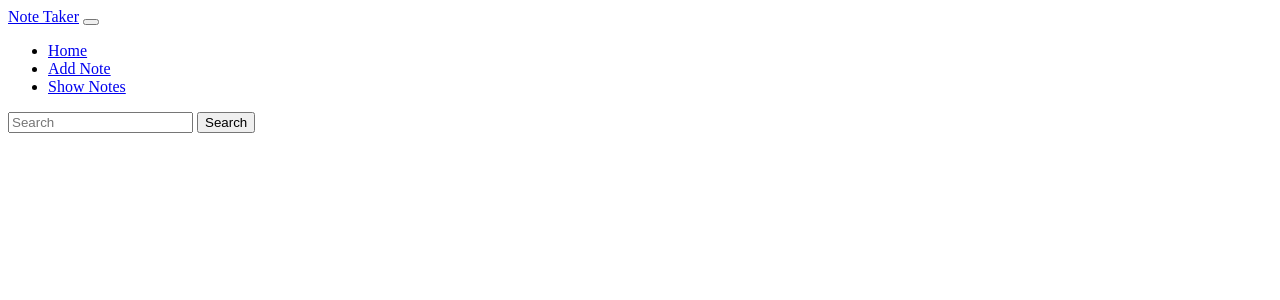
Repository: aadilnoor/Hibernate_learning
Page: http://localhost/NoteTakerProjectHibernate/navbar.jsp
The author's editor kept a copy of each file at every save. The page is drawn from the files as they stood at one save, then again after the next save.
The browser window is 1280 px wide. The pictures show the whole page.
The page is served by Tomcat 9. Other server files are loaded and not shown.

Above is the page before, as saved 2024-02-01 10:45:36.

### NoteTakerProjectHibernate/src/main/webapp/navbar.jsp

<nav class="navbar navbar-expand-lg navbar-dark pink">
	<div class="container-fluid">
		<a class="navbar-brand" href="index.jsp">Note Taker</a>
		<button class="navbar-toggler" type="button" data-bs-toggle="collapse"
			data-bs-target="#navbarSupportedContent"
			aria-controls="navbarSupportedContent" aria-expanded="false"
			aria-label="Toggle navigation">
			<span class="navbar-toggler-icon"></span>
		</button>
		<div class="collapse navbar-collapse" id="navbarSupportedContent">
			<ul class="navbar-nav me-auto mb-2 mb-lg-0">
				<li class="nav-item"><a class="nav-link active"
					aria-current="page" href="index.jsp">Home</a></li>
				<li class="nav-item"><a class="nav-link active" href="add_notes.jsp">Add
						Note</a></li>
				<!-- <li class="nav-item dropdown">
          <a class="nav-link dropdown-toggle" href="#" id="navbarDropdown" role="button" data-bs-toggle="dropdown" aria-expanded="false">
            Dropdown
          </a>
          <ul class="dropdown-menu" aria-labelledby="navbarDropdown">
            <li><a class="dropdown-item" href="#">Action</a></li>
            <li><a class="dropdown-item" href="#">Another action</a></li>
            <li><hr class="dropdown-divider"></li>
            <li><a class="dropdown-item" href="#">Something else here</a></li>
          </ul>
        </li> -->
				<li class="nav-item"><a class="nav-link enabled active" href="all_notes.jsp"
					tabindex="-1" aria-disabled="true">Show Notes</a></li>
			</ul>
			<form class="d-flex">
				<input class="form-control me-2" type="search" placeholder="Search"
					aria-label="Search">
				<button class="btn btn-outline-light" type="submit">Search</button>
			</form>
		</div>
	</div>
</nav>

After the next save:
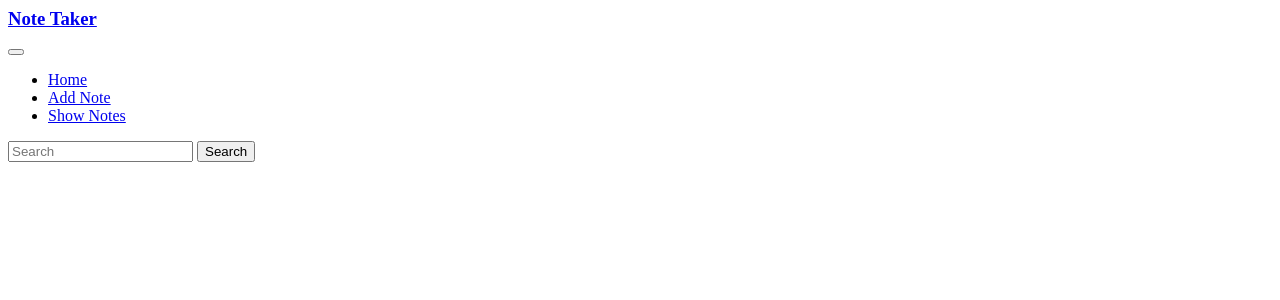
Saved 60 s later.
--- a/NoteTakerProjectHibernate/src/main/webapp/navbar.jsp
+++ b/NoteTakerProjectHibernate/src/main/webapp/navbar.jsp
@@ -1,7 +1,7 @@
 
 <nav class="navbar navbar-expand-lg navbar-dark pink">
 	<div class="container-fluid">
-		<a class="navbar-brand" href="index.jsp">Note Taker</a>
+		<a class="navbar-brand" href="index.jsp"><h3>Note Taker</h3></a>
 		<button class="navbar-toggler" type="button" data-bs-toggle="collapse"
 			data-bs-target="#navbarSupportedContent"
 			aria-controls="navbarSupportedContent" aria-expanded="false"
